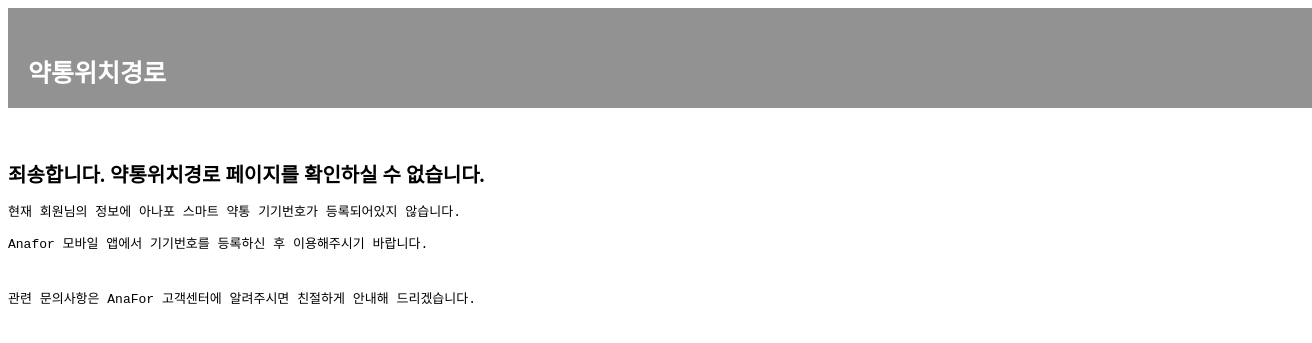
Repository: euzny/Spring-Website
Page: http://localhost/anafor/WEB-INF/views/my_info/notAccept.jsp
These files come from the project's save history. The page is drawn as it stood at one moment and after the next save; the edit follows.
The browser window is 1280 px wide. The page is 1312 px wide, so the pictures cover 1312 px, including what lies to the right of the window. The pictures show the whole page.
The page is served by Tomcat 9. Nobody is signed in. The template is opened directly, without the code that normally fills it, so the values that code supplies are empty.

Above is the page before, as saved 2022-06-23 02:09:32.

After the next save:
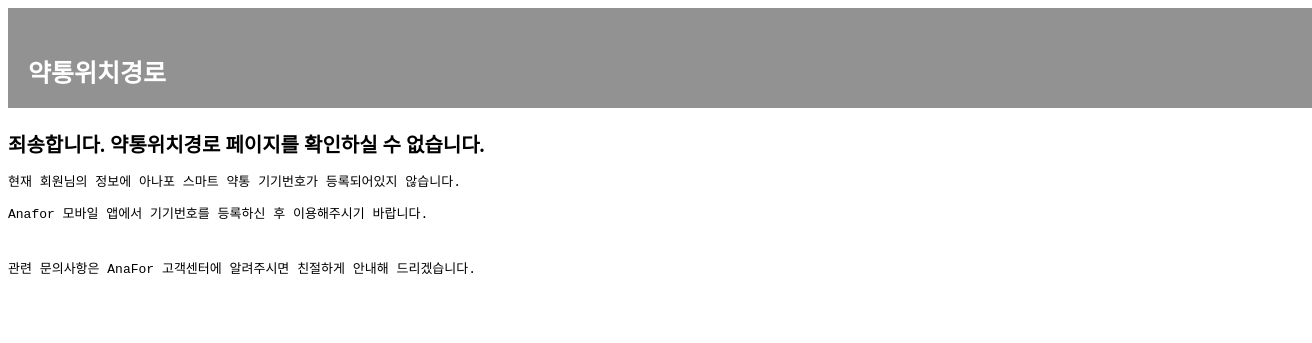
Saved 19 min 55 s later.
--- a/Workspace/anafor/src/main/webapp/WEB-INF/views/my_info/notAccept.jsp
+++ b/Workspace/anafor/src/main/webapp/WEB-INF/views/my_info/notAccept.jsp
@@ -22,7 +22,7 @@
 
 	#notice{
 		width : 100%;
-		margin:50px auto;
+		margin: auto;
 	}
 	#notice h3{
 	   font-size: 20px;

After the 2 saves that followed:
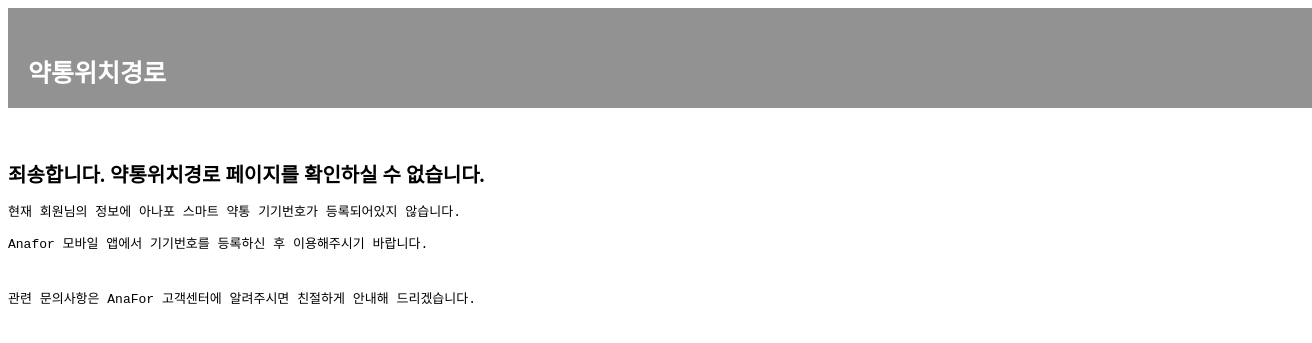
The 2 saves are shown as one change because 1 left the picture as it was.
The last was saved 32 s later.
--- a/Workspace/anafor/src/main/webapp/WEB-INF/views/my_info/notAccept.jsp
+++ b/Workspace/anafor/src/main/webapp/WEB-INF/views/my_info/notAccept.jsp
@@ -22,7 +22,7 @@
 
 	#notice{
 		width : 100%;
-		margin: auto;
+		margin: 50px auto;
 	}
 	#notice h3{
 	   font-size: 20px;
